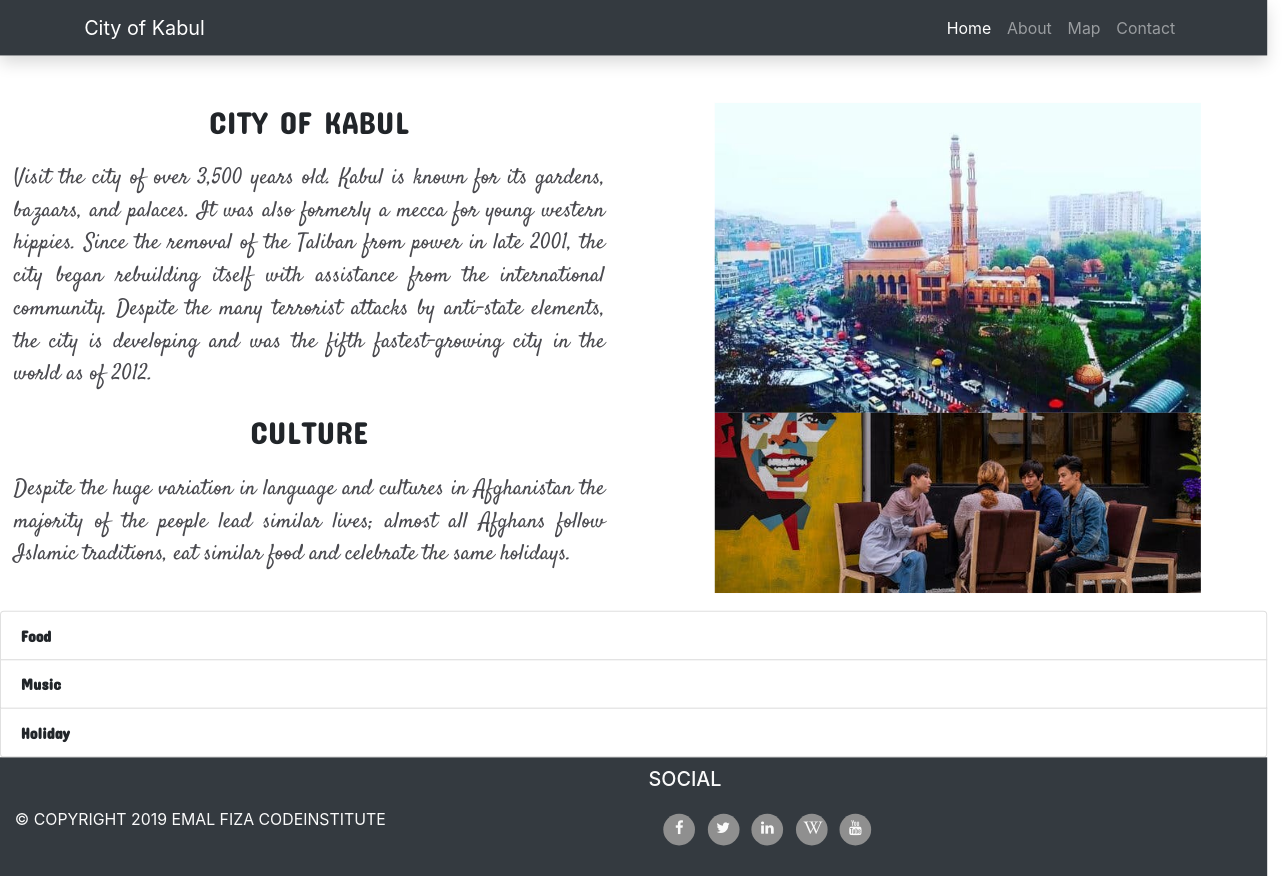
Repository: emalfiza/project-kabul
Page: about.html
The author's editor kept a record of every edit. The page is drawn from the files as they stood at one moment, then again after the next edit.
The browser window is 1280 px wide. The page is 1295 px wide, so the pictures cover 1295 px, including what lies to the right of the window. The pictures show the whole page, at 99% of full size.

Above is the page before.

After the next edit:
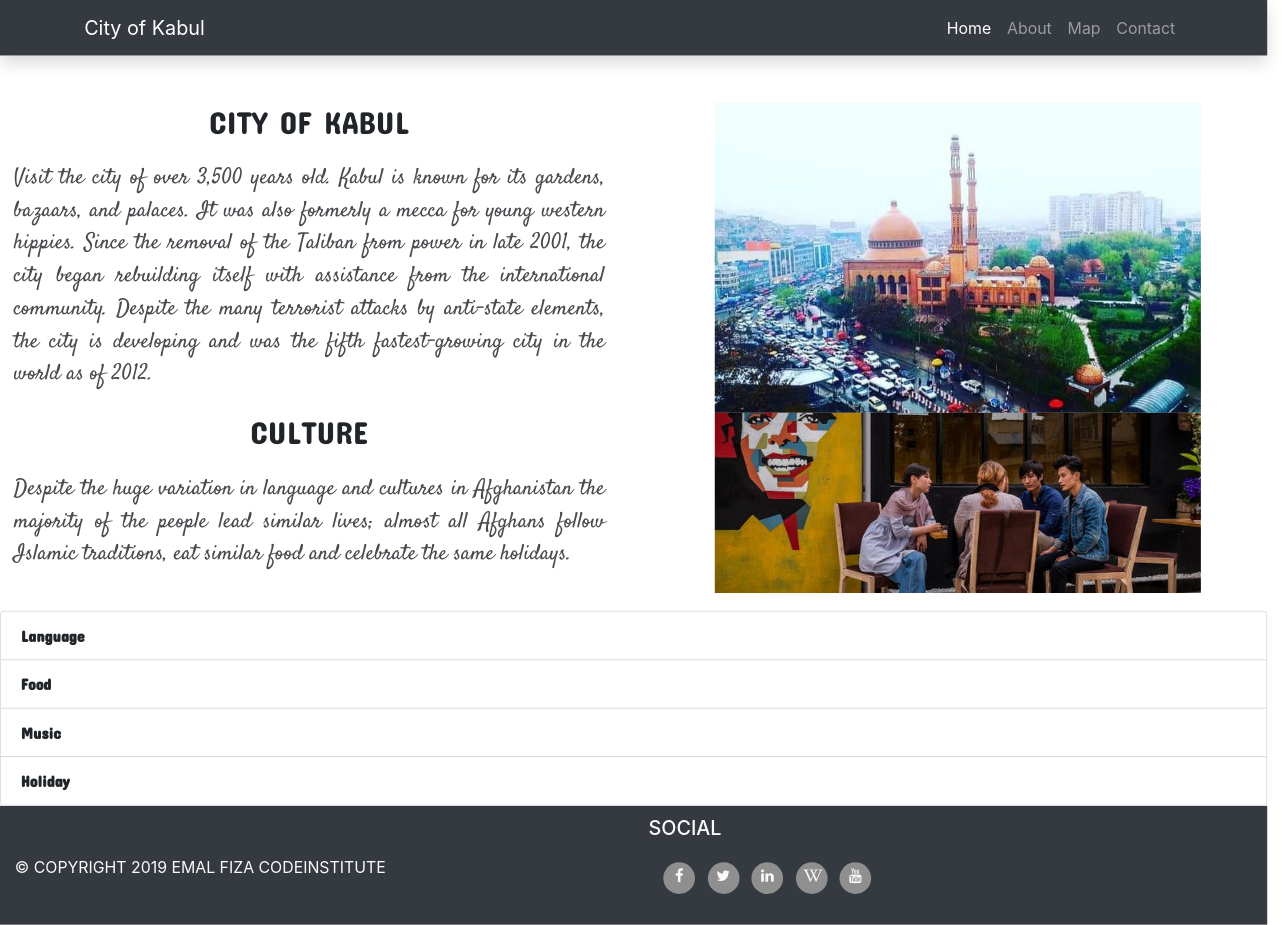
The edit:
--- a/about.html
+++ b/about.html
@@ -75,7 +75,10 @@
   </section>
   <section>
 
+ <!------------------------------------------------ Bootstrap List -->
+
     <ul class="list-group">
+      <li class="list-group-item">Language</li>
       <li class="list-group-item">Food</li>
       <li class="list-group-item">Music</li>
       <li class="list-group-item">Holiday</li>
